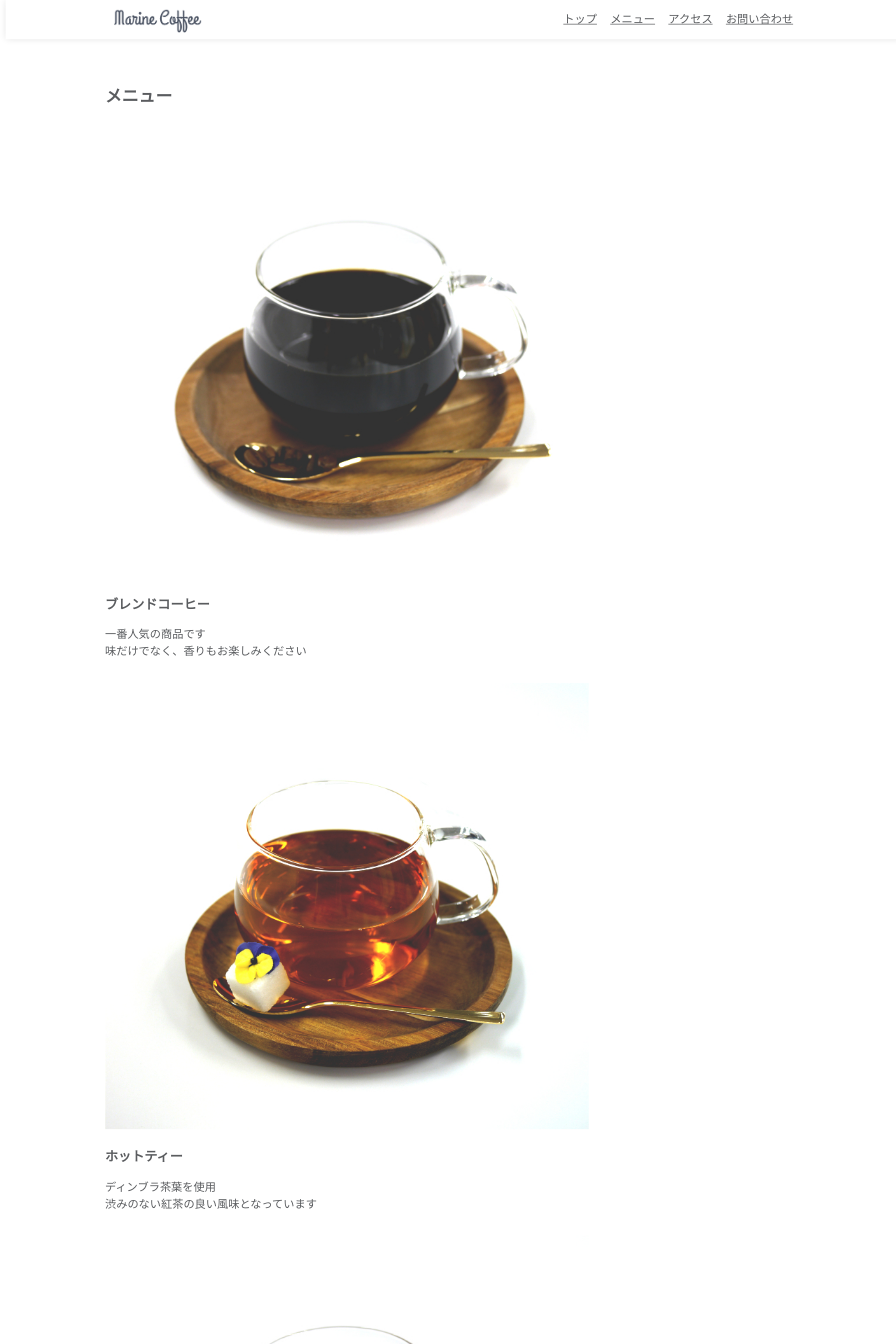
Repository: Kazuya888/samurai_HTML-CSS
Page: marine_coffee/menu.html
The author's editor kept a record of every edit. The page is drawn from the files as they stood at one moment, then again after the next edit.
The browser window is 1280 px wide. The pictures show the part of the page from y = 0 to 1920 px (the page is 4319 px tall before and 4753 px after), at 70% of full size.

Above is the page before.

After the next edit:
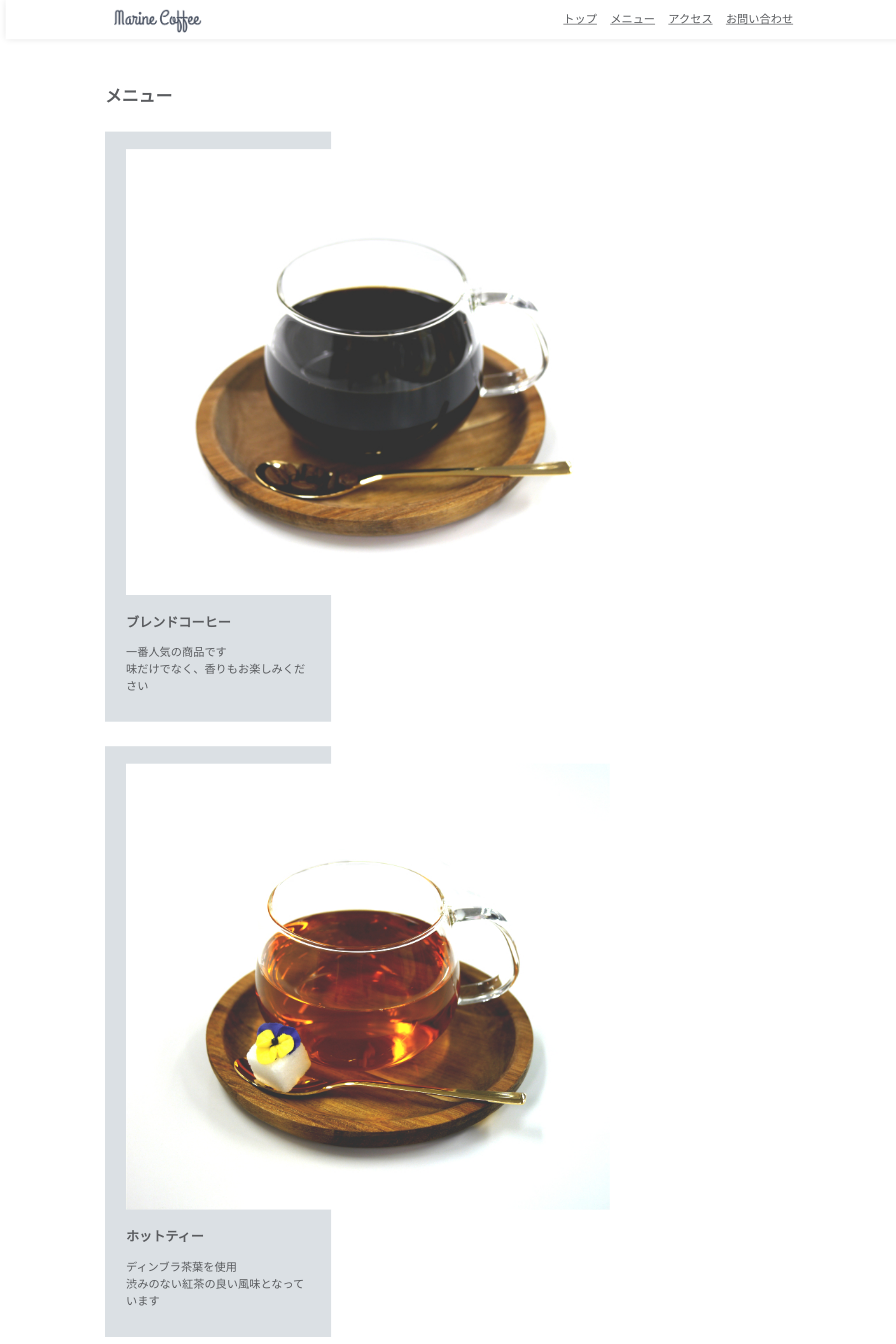
The edit:
--- a/marine_coffee/menu.css
+++ b/marine_coffee/menu.css
@@ -7,7 +7,7 @@
     width: 33%;
     margin-top: 35px;
 }
-menu-card-inner{
+.menu-card-inner{
     padding:25px 30px;
     background-color: #dbe0e4;
 }
